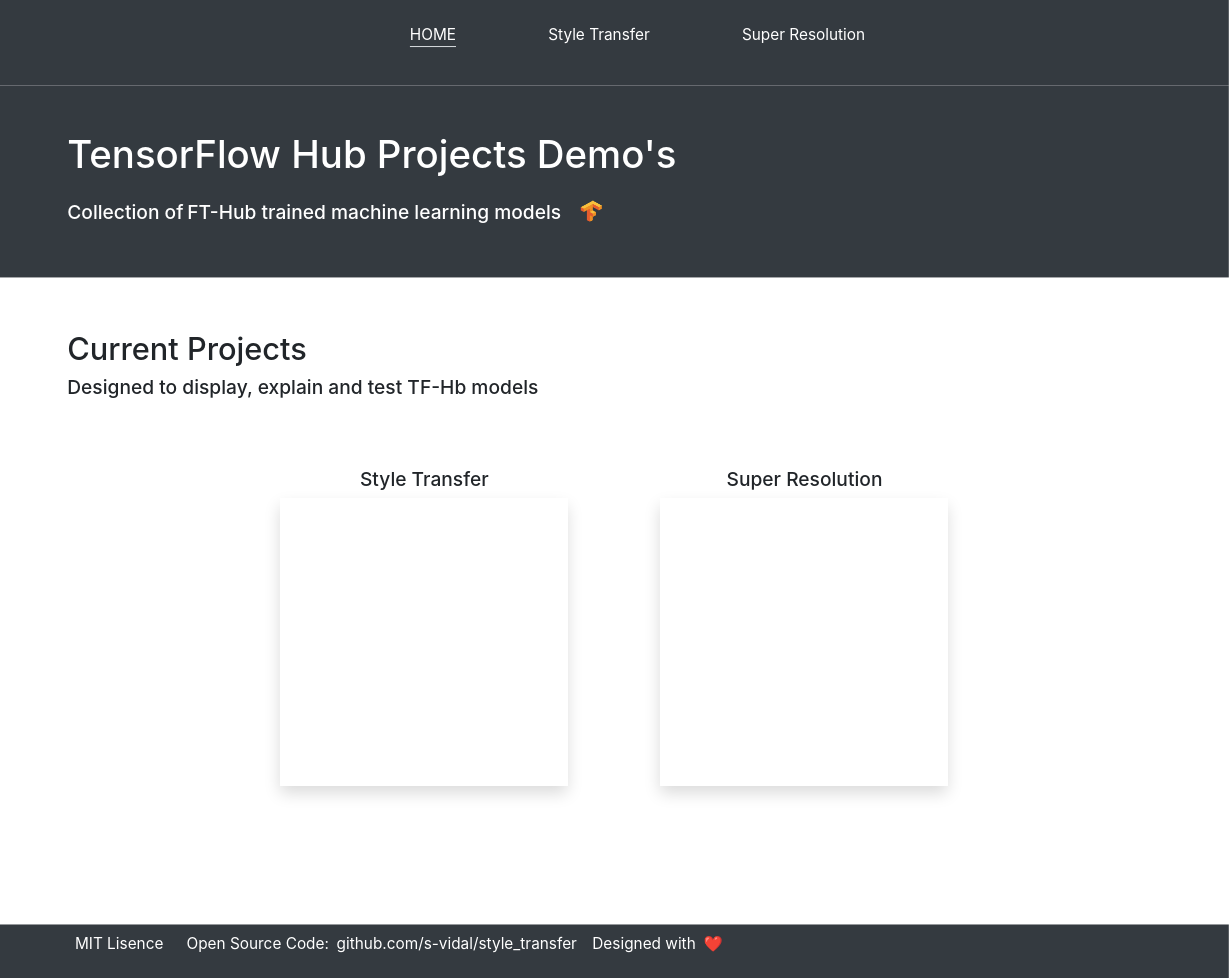
Repository: s-vidal/style_transfer
Page: / (app in client/)
The author's editor kept a copy of each file at every save. The page is drawn from the files as they stood at one save, then again after a run of saves.
The browser window is 1280 px wide. The pictures show the whole page, at 96% of full size.
The page's requests for data from a server got no answer. The project was rebuilt for these pictures with package versions that can differ from the ones it lists, and the page was loaded fresh each time. A package was used in the major version that the imports need, not the one package.json lists. No one was signed in, and anything a server would have sent is missing. Also part of the build but not shown: client/src/App.css, client/src/components/DropZone.jsx, client/src/lib/api.js, client/src/components/Inference.jsx, client/src/components/Header.jsx, client/src/pages/StyleTransfer.jsx, client/src/pages/SuperResolution.jsx.

Above is the page before, as saved 2020-09-30 16:30:09.

### client/public/index.html
<!DOCTYPE html>
<html lang="en">
  <head>
    <meta charset="utf-8" />
    <link rel="icon" href="%PUBLIC_URL%/favicon.ico" />
    <meta name="viewport" content="width=device-width, initial-scale=1" />
    <meta name="theme-color" content="#000000" />
    <meta
      name="description"
      content="Web site created using create-react-app"
    />
    <link rel="apple-touch-icon" href="%PUBLIC_URL%/logo192.png" />
    <!--
      manifest.json provides metadata used when your web app is installed on a
      user's mobile device or desktop. See https://developers.google.com/web/fundamentals/web-app-manifest/
    -->
    <link rel="manifest" href="%PUBLIC_URL%/manifest.json" />
    <!--
      Notice the use of %PUBLIC_URL% in the tags above.
      It will be replaced with the URL of the `public` folder during the build.
      Only files inside the `public` folder can be referenced from the HTML.

      Unlike "/favicon.ico" or "favicon.ico", "%PUBLIC_URL%/favicon.ico" will
      work correctly both with client-side routing and a non-root public URL.
      Learn how to configure a non-root public URL by running `npm run build`.
    -->
    <!-- CSS only -->
    <link
      rel="stylesheet"
      href="https://stackpath.bootstrapcdn.com/bootstrap/4.5.2/css/bootstrap.min.css"
      integrity="sha384-JcKb8q3iqJ61gNV9KGb8thSsNjpSL0n8PARn9HuZOnIxN0hoP+VmmDGMN5t9UJ0Z"
      crossorigin="anonymous"
    />
    <title>React App</title>
  </head>
  <body>
    <noscript>You need to enable JavaScript to run this app.</noscript>
    <div id="root"></div>
    <!--
      This HTML file is a template.
      If you open it directly in the browser, you will see an empty page.

      You can add webfonts, meta tags, or analytics to this file.
      The build step will place the bundled scripts into the <body> tag.

      To begin the development, run `npm start` or `yarn start`.
      To create a production bundle, use `npm run build` or `yarn build`.
    -->
    <!-- JS, Popper.js, and jQuery -->
    <script
      src="https://code.jquery.com/jquery-3.5.1.slim.min.js"
      integrity="sha384-DfXdz2htPH0lsSSs5nCTpuj/zy4C+OGpamoFVy38MVBnE+IbbVYUew+OrCXaRkfj"
      crossorigin="anonymous"
    ></script>
    <script
      src="https://cdn.jsdelivr.net/npm/popper.js@1.16.1/dist/umd/popper.min.js"
      integrity="sha384-9/reFTGAW83EW2RDu2S0VKaIzap3H66lZH81PoYlFhbGU+6BZp6G7niu735Sk7lN"
      crossorigin="anonymous"
    ></script>
    <script
      src="https://stackpath.bootstrapcdn.com/bootstrap/4.5.2/js/bootstrap.min.js"
      integrity="sha384-B4gt1jrGC7Jh4AgTPSdUtOBvfO8shuf57BaghqFfPlYxofvL8/KUEfYiJOMMV+rV"
      crossorigin="anonymous"
    ></script>
  </body>
</html>

### client/src/App.js
import React from "react";
import {BrowserRouter as Router, Switch, Route} from "react-router-dom";
import "./App.css";
import StyleTransfer from "./pages/StyleTransfer";
import SuperResolution from "./pages/SuperResolution";
import Footer from "./components/Footer";
import NavBar from "./components/NavBar";
import HomePage from "./pages/HomePage";

function App() {
  return (
    <div>
      <Router>
        <NavBar />
        <Switch>
          <Route path="/super-resolution">
            <SuperResolution />
          </Route>
          <Route path="/style-transfer">
            <StyleTransfer />
          </Route>
          <Route path="/">
            <HomePage />
          </Route>
        </Switch>
        <Footer />
      </Router>
    </div>
  );
}

export default App;

### client/src/components/Footer.jsx
import React from "react";

const Footer = () => {
  return (
    <div className="text-white bg-dark">
      <div className="container mt-5">
        <div className="row p-2 mt-4">
          <p className="mr-4">MIT Lisence</p>
          <p>Open Source Code:</p>
          <a
            className="ml-2 text-white"
            href="https://github.com/s-vidal/style_transfer"
          >
            <span>github.com/s-vidal/style_transfer</span>
          </a>
          <p className="ml-3 mr-1"> Designed with </p>
          <span role="img" aria-label="emoji" className="ml-1">
            ❤️
          </span>
        </div>
      </div>
    </div>
  );
};

export default Footer;

### client/src/components/NavBar.jsx
import React, {useState, useEffect} from "react";
import {Link, useLocation} from "react-router-dom";
import "./NavBar.css";

const NavBar = () => {
  const [currentPage, setCurrentPage] = useState("");
  const location = useLocation();

  useEffect(() => {
    const currentPath = location.pathname;
    setCurrentPage(currentPath.substring(1));
  }, [location]);

  return (
    <nav className="navbar navbar-expand-lg d-flex justify-content-center bg-dark pt-3 pb-3">
      <ul className="navbar-nav">
        <li className="nav-item">
          <Link className="nav-link pl-5 pr-5" to={"/"}>
            <div className="ml-5 ">
              <p
                className={
                  currentPage === ""
                    ? "text-white nav-text active border-bottom"
                    : "text-white nav-text"
                }
              >
                HOME
              </p>
            </div>
          </Link>
        </li>
        <li className="nav-item">
          <Link
            className="nav-link pl-5 pr-5 text-white"
            to={"/style-transfer"}
          >
            <p
              className={
                currentPage === "style-transfer"
                  ? "text-white nav-text active border-bottom"
                  : "text-white nav-text"
              }
            >
              Style Transfer
            </p>
          </Link>
        </li>
        <li className="nav-item active">
          <Link
            className="nav-link pl-5 pr-5 text-white"
            to={"/super-resolution"}
          >
            <p
              className={
                currentPage === "super-resolution"
                  ? "text-white nav-text active border-bottom"
                  : "text-white nav-text"
              }
            >
              Super Resolution
            </p>
          </Link>
        </li>
      </ul>
    </nav>
  );
};

export default NavBar;

### client/src/pages/HomePage.jsx
import React from "react";
import "../components/HomePage.css";

const HomePage = () => {
  return (
    <>
      <div className="bg-dark text-white p-4 pt-5 pb-5">
        <div className="container">
          <div className="row">
            <h1>TensorFlow Hub Projects Demo's</h1>
          </div>
          <div className="row mt-3">
            <h5>Collection of</h5>
            <a
              href="https://tfhub.dev/google/magenta/arbitrary-image-stylization-v1-256/2"
              className="pl-1 pr-1 text-white"
            >
              <h5>FT-Hub trained machine learning models</h5>
            </a>
            <img
              className="ml-3"
              src={require("../img/tf_logo.png")}
              alt="tf"
              width="22"
              height="22"
            ></img>
          </div>
        </div>
      </div>
      <div className="p-5">
        <div className="container p-0">
          <div>
            <h2 className="mt-2">Current Projects</h2>
            <h5 className="mb-4">
              Designed to display, explain and test TF-Hb models
            </h5>
          </div>
          <div className="row d-flex justify-content-center">
            <div className="m-5">
              <h5 className="text-center">Style Transfer</h5>
              <div className="home-item shadow"></div>
            </div>
            <div className="m-5">
              <h5 className="text-center"> Super Resolution</h5>
              <div className="home-item shadow"></div>
            </div>
          </div>
        </div>
      </div>
    </>
  );
};

export default HomePage;

### client/src/components/NavBar.css
.nav-text:hover {
  border-bottom: 1px solid white;
  transition-duration: 0.5s ease-in-out;
}

### client/src/components/HomePage.css
.home-item {
  min-width: 300px;
  min-height: 300px;
}
.home-item:hover {
  cursor: pointer;
  transform: translate(3px, 3px);
  transition-duration: 0.5s ease-in-out;
}

Loaded but not shown: client/src/index.js (common file); client/src/index.css (common file); client/src/serviceWorker.js (common file)

After the next 2 saves:
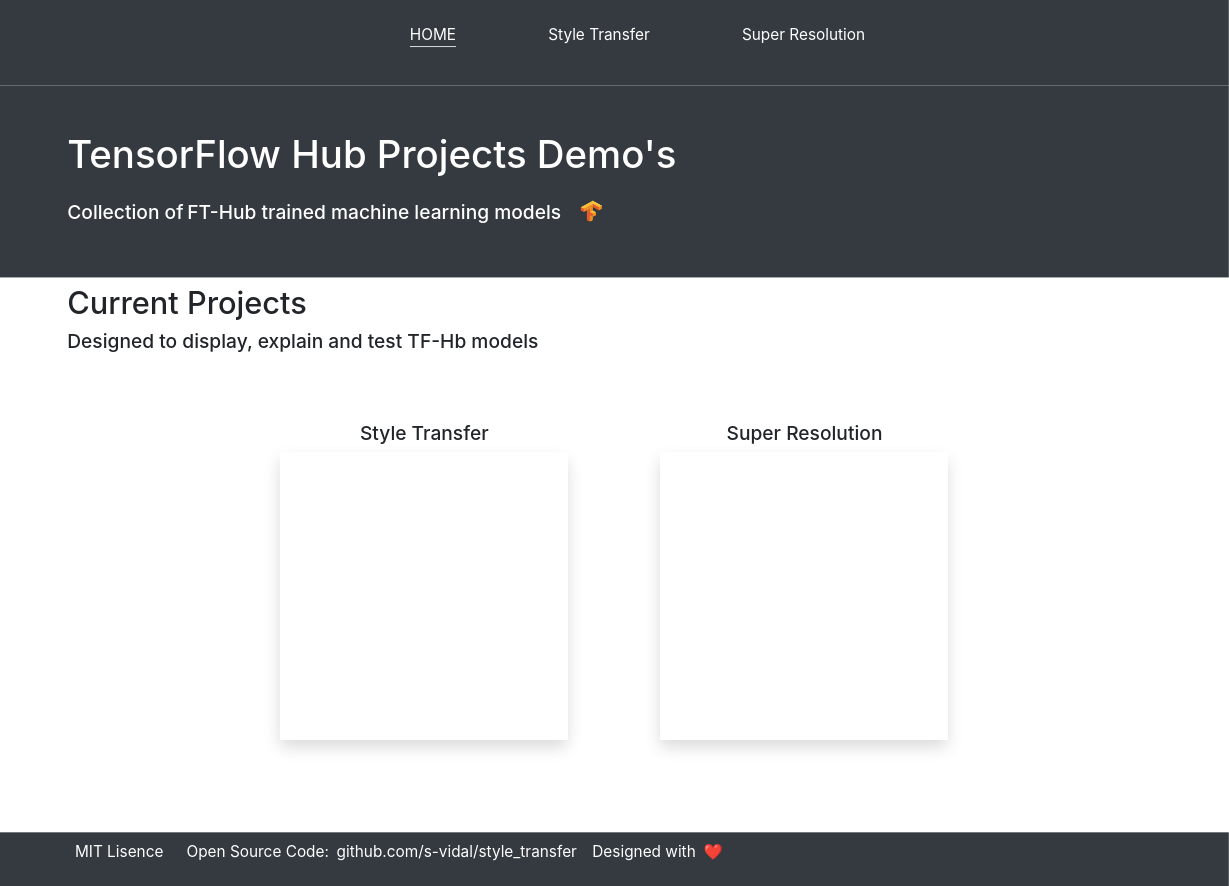
The 2 saves are shown as one change because they came seconds apart.
The last was saved 28 s later.
--- a/client/src/pages/HomePage.jsx
+++ b/client/src/pages/HomePage.jsx
@@ -27,23 +27,22 @@
           </div>
         </div>
       </div>
-      <div className="p-5">
-        <div className="container p-0">
-          <div>
-            <h2 className="mt-2">Current Projects</h2>
-            <h5 className="mb-4">
-              Designed to display, explain and test TF-Hb models
-            </h5>
+
+      <div className="container p-0">
+        <div>
+          <h2 className="mt-2">Current Projects</h2>
+          <h5 className="mb-4">
+            Designed to display, explain and test TF-Hb models
+          </h5>
+        </div>
+        <div className="row d-flex justify-content-center">
+          <div className="m-5">
+            <h5 className="text-center">Style Transfer</h5>
+            <div className="home-item shadow"></div>
           </div>
-          <div className="row d-flex justify-content-center">
-            <div className="m-5">
-              <h5 className="text-center">Style Transfer</h5>
-              <div className="home-item shadow"></div>
-            </div>
-            <div className="m-5">
-              <h5 className="text-center"> Super Resolution</h5>
-              <div className="home-item shadow"></div>
-            </div>
+          <div className="m-5">
+            <h5 className="text-center"> Super Resolution</h5>
+            <div className="home-item shadow"></div>
           </div>
         </div>
       </div>
